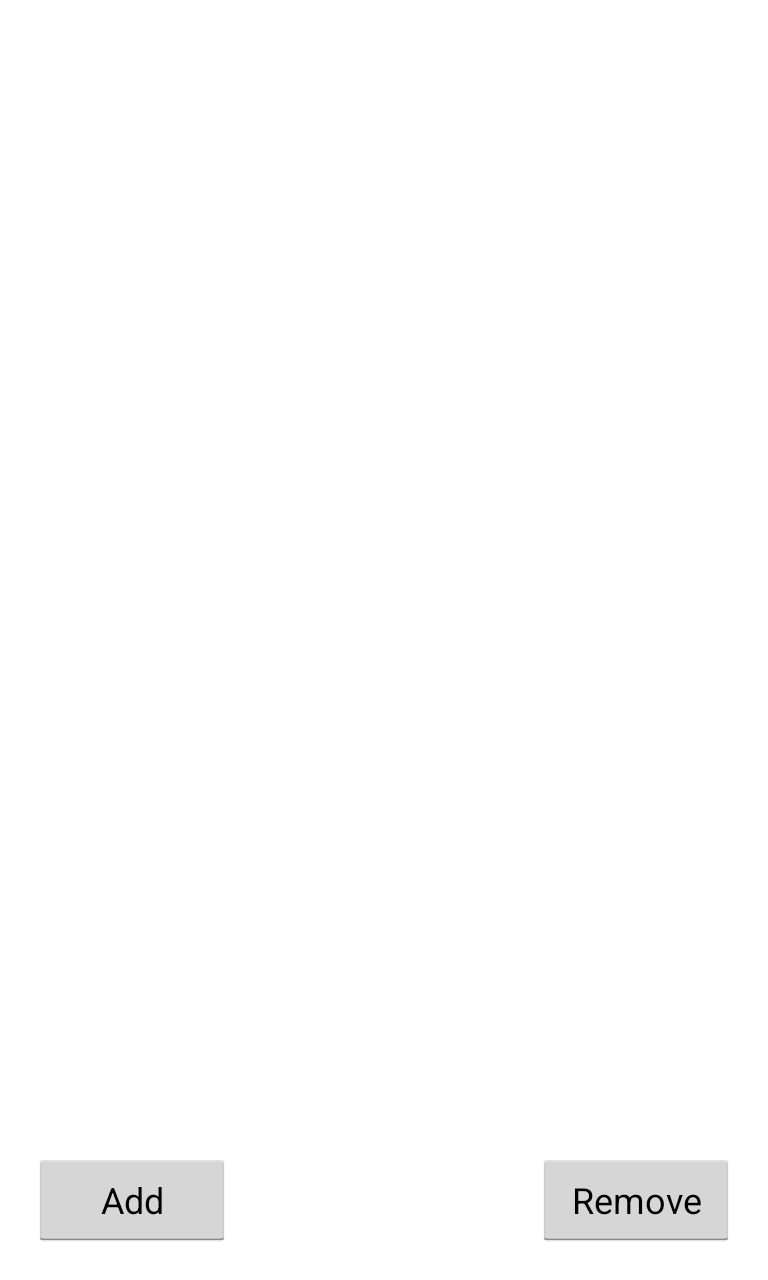
Repository: camo1018/MyKitchen
Layout: Android/res/layout/activity_my_kitchen.xml
The author's editor kept a copy of each file at every save. The layout is drawn from the files as they stood at one save, then again after the next save.
It is drawn on a 768 x 1280 px phone screen (xhdpi) without system bars, with theme AppTheme; the app's code is not run.

Above is the layout before, as saved 2013-09-22 01:33:44.

### Android/res/layout/activity_my_kitchen.xml
<RelativeLayout xmlns:android="http://schemas.android.com/apk/res/android"
    xmlns:tools="http://schemas.android.com/tools"
    android:layout_width="match_parent"
    android:layout_height="match_parent"
    android:paddingBottom="@dimen/activity_vertical_margin"
    android:paddingLeft="@dimen/activity_horizontal_margin"
    android:paddingRight="@dimen/activity_horizontal_margin"
    android:paddingTop="@dimen/activity_vertical_margin"
    tools:context=".MyKitchenActivity" >

    <Button
        android:id="@+id/buttonAdd"
        android:layout_width="wrap_content"
        android:layout_height="wrap_content"
        android:layout_alignParentBottom="true"
        android:minWidth="100dip"
        android:text="@string/add" />

	<Button
	    android:id="@+id/button"
	    android:layout_width="wrap_content"
	    android:layout_height="wrap_content"
	    android:layout_alignParentBottom="true"
	    android:layout_alignParentRight="true"
	    android:minWidth="100dip"
	    android:text="@string/remove" />

	<ScrollView
	    android:id="@+id/scrollView1"
	    android:layout_width="wrap_content"
	    android:layout_height="wrap_content"
	    android:layout_above="@+id/buttonAdd"
	    android:layout_alignLeft="@+id/buttonAdd"
	    android:layout_alignParentRight="true"
	    android:layout_alignParentTop="true" >

	    <LinearLayout
	        android:layout_width="match_parent"
	        android:layout_height="match_parent"
	        android:orientation="vertical" >
	    </LinearLayout>
	</ScrollView>

</RelativeLayout>

### Android/res/values/strings.xml
<?xml version="1.0" encoding="utf-8"?>
<resources>

    <string name="app_name">MyKitchen</string>
    <string name="action_settings">Settings</string>
    <string name="hello_world">Hello world!</string>
    <string name="title_activity_search">Search</string>
    <string name="title_activity_search_recipe">Search for a Recipe!</string>
    <string name="title_activity_my_kitchen">Update your Ingredients</string>
    <string name="title_activity_my_favorites">Visit your favorite Ingredients</string>
    <string name="title_activity_my_profile">Update your Profile and Preferences</string>
    <string name="add">Add</string>
    <string name="remove">Remove</string>
    <string name="profile">Profile</string>
    <string name="edit">Edit</string>
    <string name="username">Username</string>

</resources>

Loaded but not shown: Android/res/values/styles.xml (common file); Android/res/values-v11/styles.xml (common file); Android/res/values-v14/styles.xml (common file); Android/res/values/dimens.xml (common file)

After the next save:
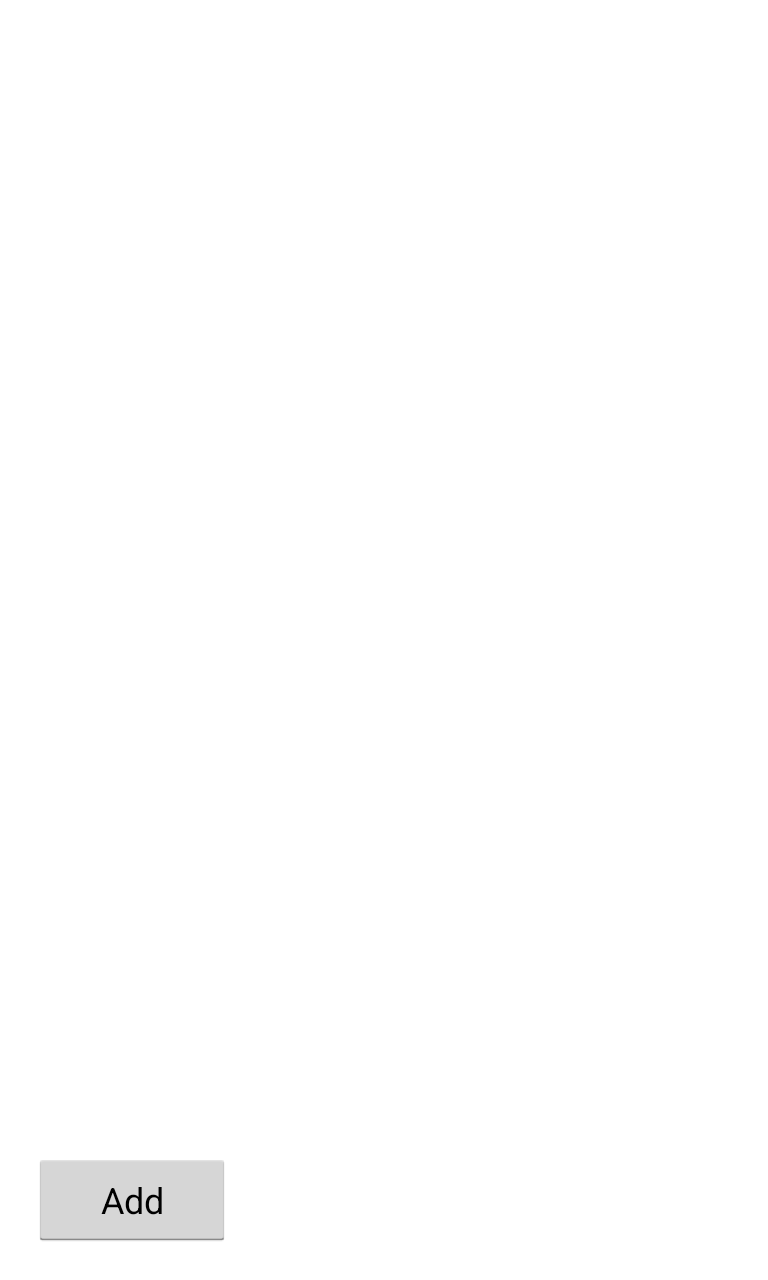
Saved 33 min 49 s later.
--- a/Android/res/layout/activity_my_kitchen.xml
+++ b/Android/res/layout/activity_my_kitchen.xml
@@ -14,16 +14,8 @@
         android:layout_height="wrap_content"
         android:layout_alignParentBottom="true"
         android:minWidth="100dip"
-        android:text="@string/add" />
-
-	<Button
-	    android:id="@+id/button"
-	    android:layout_width="wrap_content"
-	    android:layout_height="wrap_content"
-	    android:layout_alignParentBottom="true"
-	    android:layout_alignParentRight="true"
-	    android:minWidth="100dip"
-	    android:text="@string/remove" />
+        android:text="@string/add"
+        android:onClick="addToScroll" />
 
 	<ScrollView
 	    android:id="@+id/scrollView1"
